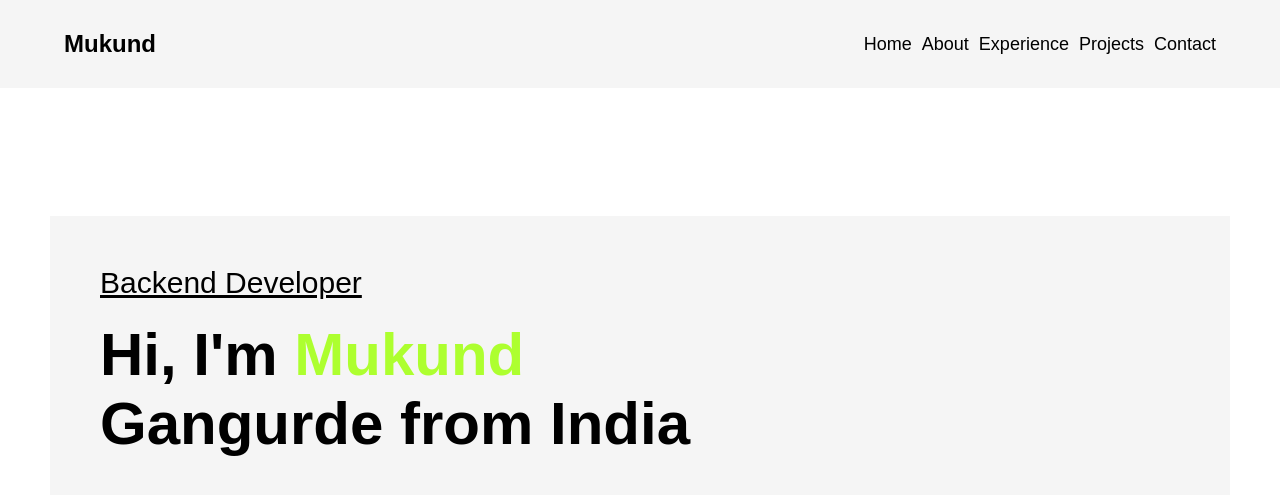
Repository: mukundgangurde/expense-tracker
Page: index.html
The author's editor kept a copy of each file at every save. The page is drawn from the files as they stood at one save, then again after a run of saves.
The browser window is 1280 px wide. The pictures show the whole page.

Above is the page before, as saved 2025-11-02 22:38:57.

### index.html
<!DOCTYPE html>
<html lang="en">

<head>
  <meta charset="UTF-8">
  <meta name="viewport" content="width=device-width, initial-scale=1.0">
  <title>Portfolio - Mukund Gangurde</title>
  <link rel="stylesheet" href="style.css">
</head>

<body>
  <!-- Header -->
  <div id="header">
    <div id="container">
      <!-- Navigation Bar -->
      <nav>
        <h1 id="logo">Mukund</h1>
        <ul>
          <li><a href="#">Home</a></li>
          <li><a href="#">About</a></li>
          <li><a href="#">Experience</a></li>
          <li><a href="#">Projects</a></li>
          <li><a href="#">Contact</a></li>
        </ul>
      </nav>
      <!-- /Navigation Bar -->

      <div class="header-text">
        <p><u>Backend Developer</u></p>
        <h1>Hi, I'm <span>Mukund</span><br>Gangurde from India</h1>
      </div>
    </div>
  </div>
  <!-- /Header -->

  <div id="about">
    <div id="container">
      <div class="row">
        <div class="about-col-1"></div>
      </div>
    </div>
  </div>
</body>

</html>

### style.css
* {
  margin: 0;
  padding: 0;
  /* font-family: Brush Script MT; */
  font-family: Arial, Helvetica, sans-serif;
  box-sizing: border-box;
  /* border: 1px solid red; */
}

body {
  /* background-color: black; */
  /* color: white; */
}

#header {
  width : 100%;
  height: 100vh;
  /* background-image: url(images/background.img); */
  /* background-size: cover; */
  /* background-position: center; */
}

#logo {
  width: 160px;
}

nav {
  display: flex;
  justify-content: space-between;
  align-items: center;
  flex-wrap: wrap;
  padding: 30px 5%;
  background-color: whitesmoke;
}

ul {
  display: flex;
  justify-content: space-between;
  gap: 10px;
  font-size: 18px;
}

nav ul li {
  display: inline-block;
  list-style-type: none;
  /* margin: 10px 20px; */
}

nav ul li :hover {
  color: greenyellow;
  font-size: 20px;
}

nav ul li a {
  color: black;
  text-decoration: none;
}

.header-text {
  margin: 10% 50px;
  padding: 50px;
  background-color: whitesmoke;
  font-size: 30px;
}

.header-text h1 {
  margin-top: 20px;
  font-size: 60px;
}

.header-text h1 span {
  color: greenyellow;
}

After the next 2 saves:
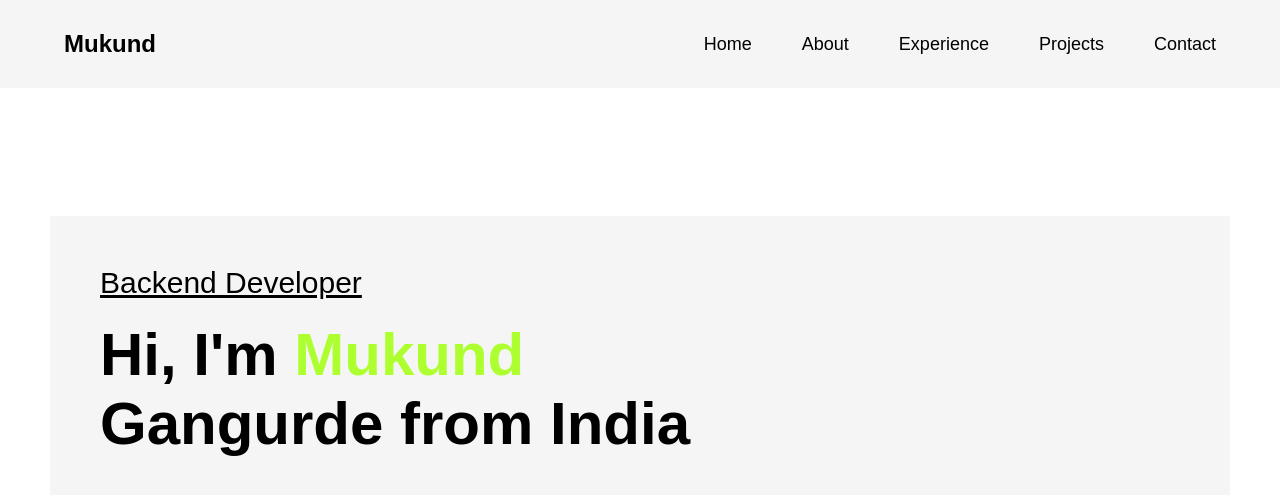
The 2 saves are shown as one change because they came seconds apart.
The last was saved 6 s later.
--- a/style.css
+++ b/style.css
@@ -36,7 +36,7 @@ nav {
 ul {
   display: flex;
   justify-content: space-between;
-  gap: 10px;
+  gap: 50px;
   font-size: 18px;
 }
 
